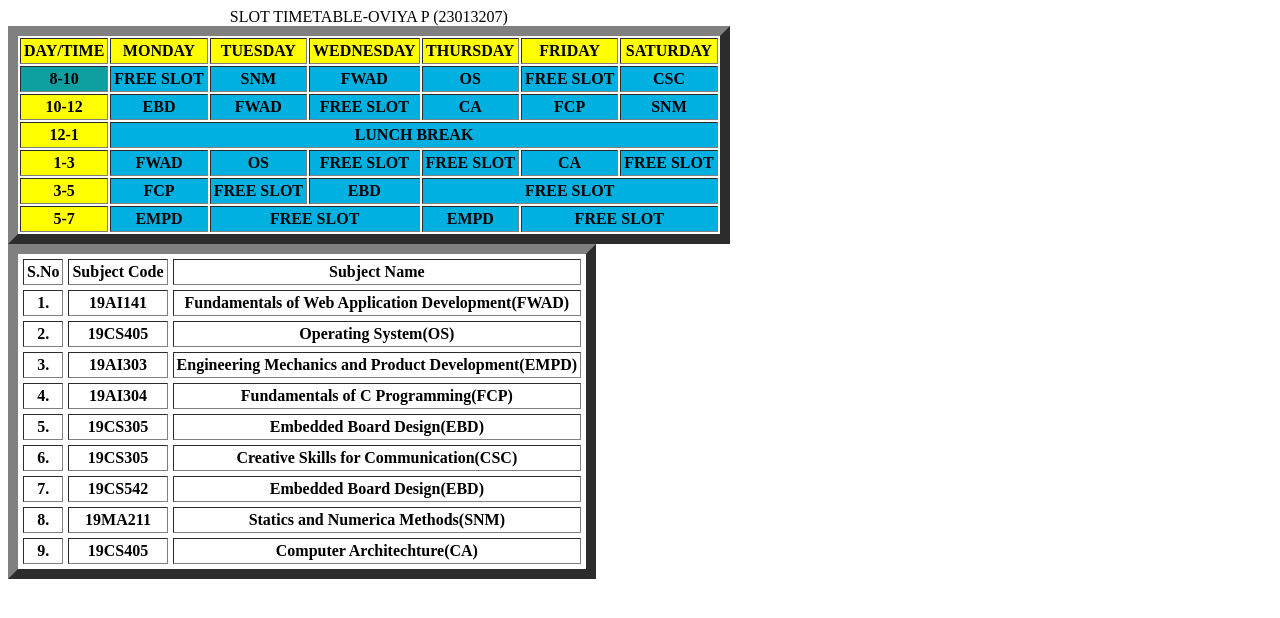
Repository: Oviya24032K6/slot
Page: oviya/static/time.html
An editor plug-in stored every save of this project. The page is shown before and after the next save, followed by the edit.
The browser window is 1280 px wide. The pictures show the whole page.

Above is the page before, as saved 2024-03-15 20:34:14.

After the next save:
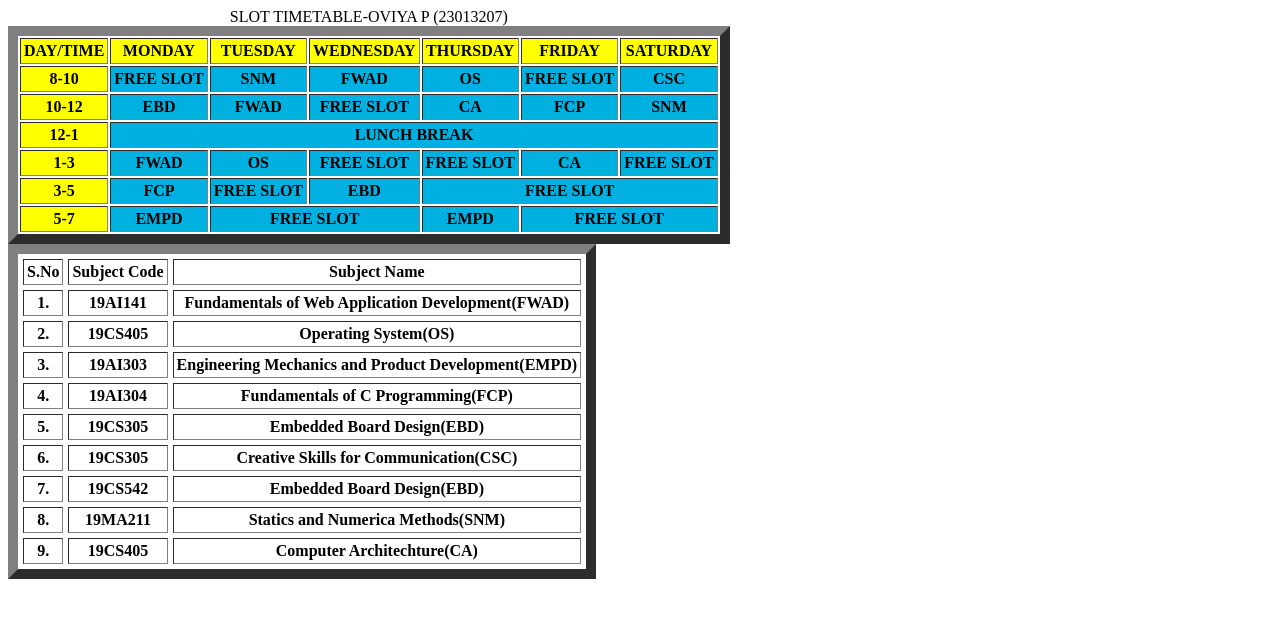
Saved 16 s later.
--- a/oviya/static/time.html
+++ b/oviya/static/time.html
@@ -15,7 +15,7 @@
             <th bgcolor="yellow">SATURDAY</th>
         </tr>
         <tr>
-            <th bgcolor="meganta">8-10</th>
+            <th bgcolor="yellow">8-10</th>
             <th bgcolor="sky blue">FREE SLOT</th>
             <th bgcolor="sky blue">SNM</th>
             <th bgcolor="sky blue">FWAD</th>
